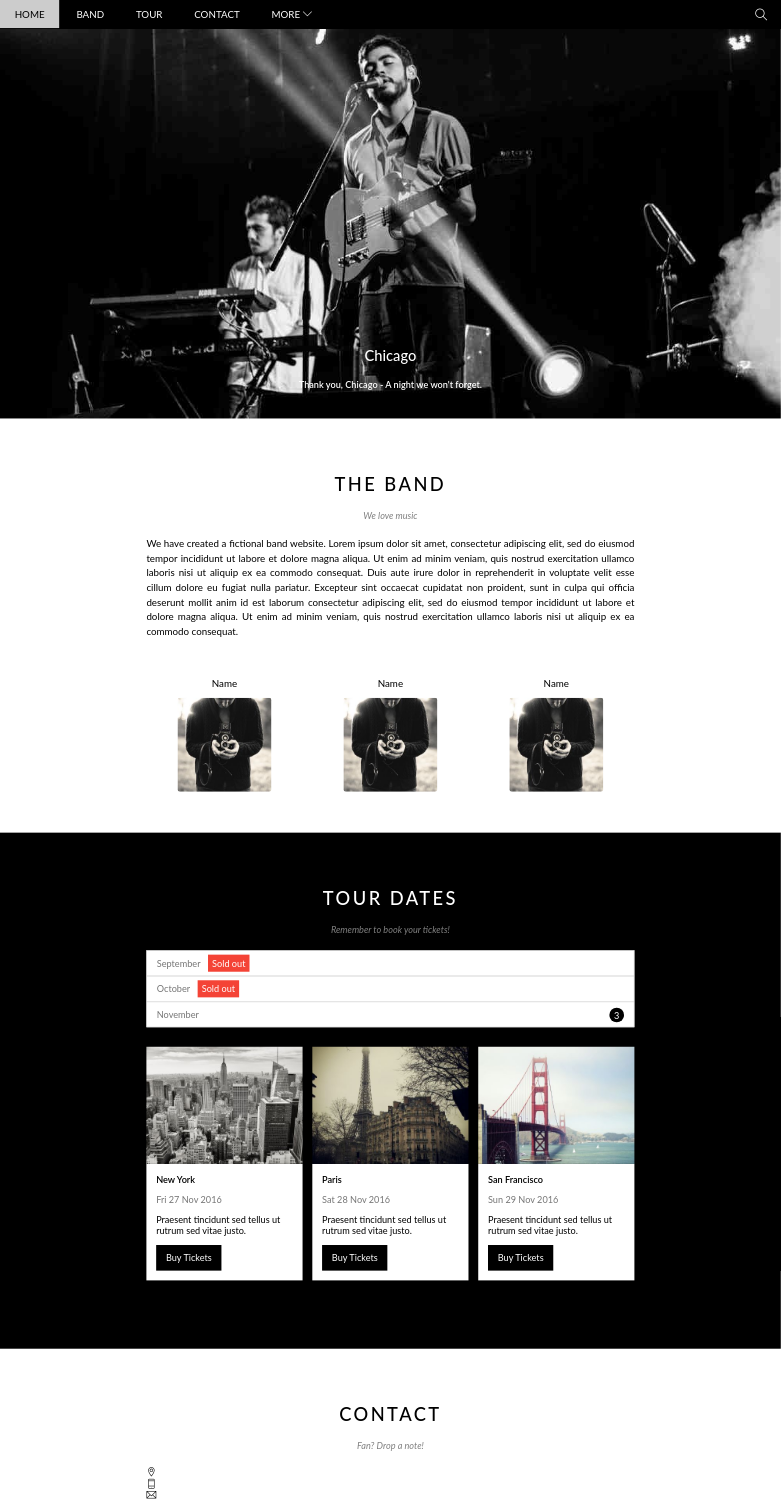
Repository: tatvanhco/web-dau-tay
Page: index.html
An editor plug-in stored every save of this project. The page is shown before and after the next save, followed by the edit.
The browser window is 1280 px wide. The pictures show the whole page, at 61% of full size.

Above is the page before, as saved 2022-01-23 21:06:18.

### index.html
<!DOCTYPE html>
<html lang="en">
<head>
    <meta charset="UTF-8">
    <!-- <meta http-equiv="X-UA-Compatible" content="IE=edge"> -->
    <meta name="viewport" content="width=device-width, initial-scale=1.0">
    <title>the band</title>
    <link rel="shortcut icon" href="./assets/img/band/logo.png" type="image/x-icon">
    <link rel="stylesheet" href="./assets/fronts/themify-icons/themify-icons.css">
    <link rel="stylesheet" href="./assets/css/style.css">
    <link rel="stylesheet" href="./assets/css/responsive.css">
</head>
<body>
    <div id="main">
        <div id="header">
            <ul id="nav">
                <li><a href="#">home</a></li>
                <li><a href="#">band</a></li>
                <li><a href="#">tour</a></li>
                <li><a href="#">contact</a></li>
                <li>
                    <a href="#">more
                        <i class="drop-down ti-angle-down"></i>
                    </a>
                    <div class="subnav">
                        <ul>
                            <li><a href="">Merchandise</a></li>
                            <li><a href="">Extras</a></li>
                            <li><a href="">Media</a></li>
                        </ul>
                    </div>
                </li>
            </ul>
            <div class="search-btn">
                <i class="search-icon ti-search"></i>
            </div>
        </div>
        <div id="slide">
            <div class="text-content">
                <h2 class="text-heading">Chicago</h2>
                <div class="text-desc">Thank you, Chicago - A night we won't forget.</div>
            </div>
        </div>
        <div id="content">
            <div class="content-section">
                <h2 class="section-heading">THE BAND</h2>
                <p class="section-sub-heading">We love music</p>
                <p class="about">
                    We have created a fictional band website. Lorem ipsum dolor sit amet, consectetur adipiscing elit, sed do eiusmod tempor incididunt ut labore et dolore magna aliqua. Ut enim ad minim veniam, quis nostrud exercitation ullamco laboris nisi ut aliquip ex ea commodo consequat. Duis aute irure dolor in reprehenderit in voluptate velit esse cillum dolore eu fugiat nulla pariatur. Excepteur sint occaecat cupidatat non proident, sunt in culpa qui officia deserunt mollit anim id est laborum consectetur adipiscing elit, sed do eiusmod tempor incididunt ut labore et dolore magna aliqua. Ut enim ad minim veniam, quis nostrud exercitation ullamco laboris nisi ut aliquip ex ea commodo consequat.
                </p>
                <div class="row team">
                    <div class="col col-3 text-center">
                        <p class="team-name">Name</p>
                        <img src="./assets/img/band/member.jpg" class="team-img">
                    </div>

                    <div class="col col-3 text-center">
                        <p class="team-name">Name</p>
                        <img src="./assets/img/band/member.jpg" class="team-img">
                    </div>

                    <div class="col col-3 text-center">
                        <p class="team-name">Name</p>
                        <img src="./assets/img/band/member.jpg" class="team-img">
                    </div>
                </div>
                <div class="clear"></div>
            </div>

            <div class="tour-section">
                <div class="content-section">
                    <h2 class="text-white section-heading">TOUR DATES</h2>
                    <p class="text-white section-sub-heading">Remember to book your tickets!</p>
                    <ul class="ticket-list">
                        <li>September<span class="soldout">Sold out</span></li>
                        <li>October<span class="soldout">Sold out</span></li>
                        <li>November<span class="quatity">3</span></li>
                    </ul>
                    <div class="row place-list">
                        <div class="col col-3">
                            <img src="./assets/img/places/place1.jpg" class="place-img">
                            <div class="place-body">
                                <h3 class="place-heading">New York</h3>
                                <p class="place-time">Fri 27 Nov 2016</p>
                                <p class="place-desc">Praesent tincidunt sed tellus ut rutrum sed vitae justo.</p>
                                <a href="#" class="place-buy-btn">Buy Tickets</a>
                            </div>
                        </div>
                        <div class="col col-3">
                            <img src="./assets/img/places/place2.jpg" class="place-img">
                            <div class="place-body">
                                <h3 class="place-heading">Paris</h3>
                                <p class="place-time">Sat 28 Nov 2016</p>
                                <p class="place-desc">Praesent tincidunt sed tellus ut rutrum sed vitae justo.</p>
                                <a href="#" class="place-buy-btn">Buy Tickets</a>
                            </div>
                        </div>
                        <div class="col col-3">
                            <img src="./assets/img/places/place3.jpg" class="place-img">
                            <div class="place-body">
                                <h3 class="place-heading">San Francisco</h3>
                                <p class="place-time">Sun 29 Nov 2016</p>
                                <p class="place-desc">Praesent tincidunt sed tellus ut rutrum sed vitae justo.</p>
                                <a href="#" class="place-buy-btn">Buy Tickets</a>
                            </div>
                        </div>
                        <div class="clear"></div>
                    </div>
                </div>
            </div>

            <div class="content-section">
                <h2 class="section-heading">CONTACT</h2>
                <p class="section-sub-heading">Fan? Drop a note!</p>
                <div class="row">
                    <div class="col col-2">
                        <p><i class="ti-location-pin"></i></p>
                        <p><i class="ti-mobile"></i></p>
                        <p><i class="ti-email"></i></p>
                    </div>
                    <div class="col col-2">

                    </div>
                </div>
            </div>

        </div>

        <div id="footer">

        </div>
    </div>
</body>
</html>

### assets/css/style.css
/* reset trang */
* {
    margin: 0;
    padding: 0;
    box-sizing: border-box;
}

body {
    font-family: "Lato", sans-serif;
}
/* dùng chung */
.clear {
    clear: both;
}

.text-white {
    color: #fff !important;
}

.text-center {
    text-align: center;
}

.row {
    margin-left: -8px;
    margin-right: -8px;
}

.col {
    float: left;
    padding-left: 8px;
    padding-right: 8px;
}

.col-3 {
    width: 33.33333%;
}

.col-2 {
    width: 50%;
}
/* css từng thành phần */
#header {
    width: 100%;
    height: 46px;
    background-color: #000;
    position: fixed;
    top: 0;
    left: 0;
    right: 0;
    z-index: 1;
}
#nav {
    display: inline-block;
}

#nav > li {
    display: inline-block;
}

#nav li {
    position: relative;
    list-style-type: none;
}

#nav > li > a {
    color: #fff;
    text-transform: uppercase;
}

#nav li a {
    text-decoration: none;
    padding: 0 24px;
    line-height: 46px;
    display: block;

}

#nav li:hover .subnav {
    display: block;
}

#nav .subnav li:hover a,
#nav > li:hover > a {
    background-color: #ccc;
    color: #000;
}

#nav .subnav {
    display: none;
    min-width: 160px;
    position: absolute;
    top: 100%;
    left: 0;
    background-color: #fff;
    box-shadow: 0 0 10px rgba(0, 0, 0, 0.3);
}

#nav .subnav a {
    color: #000;
    padding: 0px 24px;
    line-height: 38px;
}

#header .search-btn {
    float: right;
    padding: 0 22px;
    cursor: pointer;
}

#header .search-btn:hover {
    background-color: #f44336;
}

#header .search-icon {
    color: #fff;
    font-size: 20px;
    line-height: 46px;
}

#slide {
    position: relative;
    margin-top: 46px;
    padding-top: 50%;
    background: url(/assets/img/slider/chicago.jpg) top center / cover no-repeat;
}

#slide .text-content {
    color: #fff;
    position: absolute;
    bottom: 47px;
    /* cách canh giữa
    left: 50%;
    transform: translateX(-50%); */
    width: 100%;
    text-align: center;
}

#slide .text-heading {
    font-weight: 500;
    font-size: 24px;
}

#slide .text-desc {
    font-weight: 600;
    margin-top: 25px;
    font-size: 15px;
}

#content {

}

#content .content-section {
    max-width: 800px;
    margin-left: auto;
    margin-right: auto;
    padding: 64px 0;
}

#content .section-heading,
#content .section-sub-heading {
    text-align: center;
    margin: 25px 0;
}

#content .section-heading {
    font-size: 30px;
    font-weight: 500;
    letter-spacing: 4px;
}

#content .section-sub-heading {
    font-size: 15px;
    opacity: 0.5;
    font-style: italic;
}

#content .about {
    text-align: justify;
    line-height: 1.5;
}

#content .team {
    margin-top: 48px;
}

#content .team-name {
    margin: 15px 0;
}

#content .team-img {
    width: 60%;
    border-radius: 4px;
    text-align: center;
}

.tour-section {
    background-color: #000;
}

.ticket-list {
    background-color: #fff;
}

.ticket-list li {
    color: #757575;
    list-style-type: none;
    font-size: 15px;
    border: 1px solid #ddd;
    padding: 11px 16px;
}

.ticket-list .soldout {
    color: #fff;
    margin-left: 12px;
    padding: 5px 7px;
    background-color: #f44336;
}

.ticket-list .quatity {
    float: right;
    width: 24px;
    height: 24px;
    border-radius: 50%;
    background-color: #000;
    color: #fff;
    text-align: center;
    line-height: 24px;
    margin-top: -2px;
}

.place-list {
    /* margin: 32px 48px; */
    margin-top: 32px;
    margin-bottom: 48px;
}

.place-img {
    width: 100%;
    display: block;
}

.place-img:hover {
    opacity: 0.6;
}

.place-body {
    background-color: #fff;
    padding: 16px;
    font-size: 15px;
}

.place-heading {
    font-size: 15px;
    font-weight: 600;
}

.place-time {
    color: #757575;
    margin-top: 15px;
}

.place-desc {
    margin-top: 15px;
}

.place-buy-btn {
    color: #fff;
    background-color: #000;
    text-decoration: none;
    padding: 12px 16px;
    margin-top: 15px;
    display: inline-block;
}

.place-buy-btn:hover {
    color: #000;
    background-color: #ccc;
}

Loaded but not shown: assets/fronts/themify-icons/themify-icons.css (common file); assets/css/responsive.css (no copy from this time; the picture is the same without it)

After the next save:
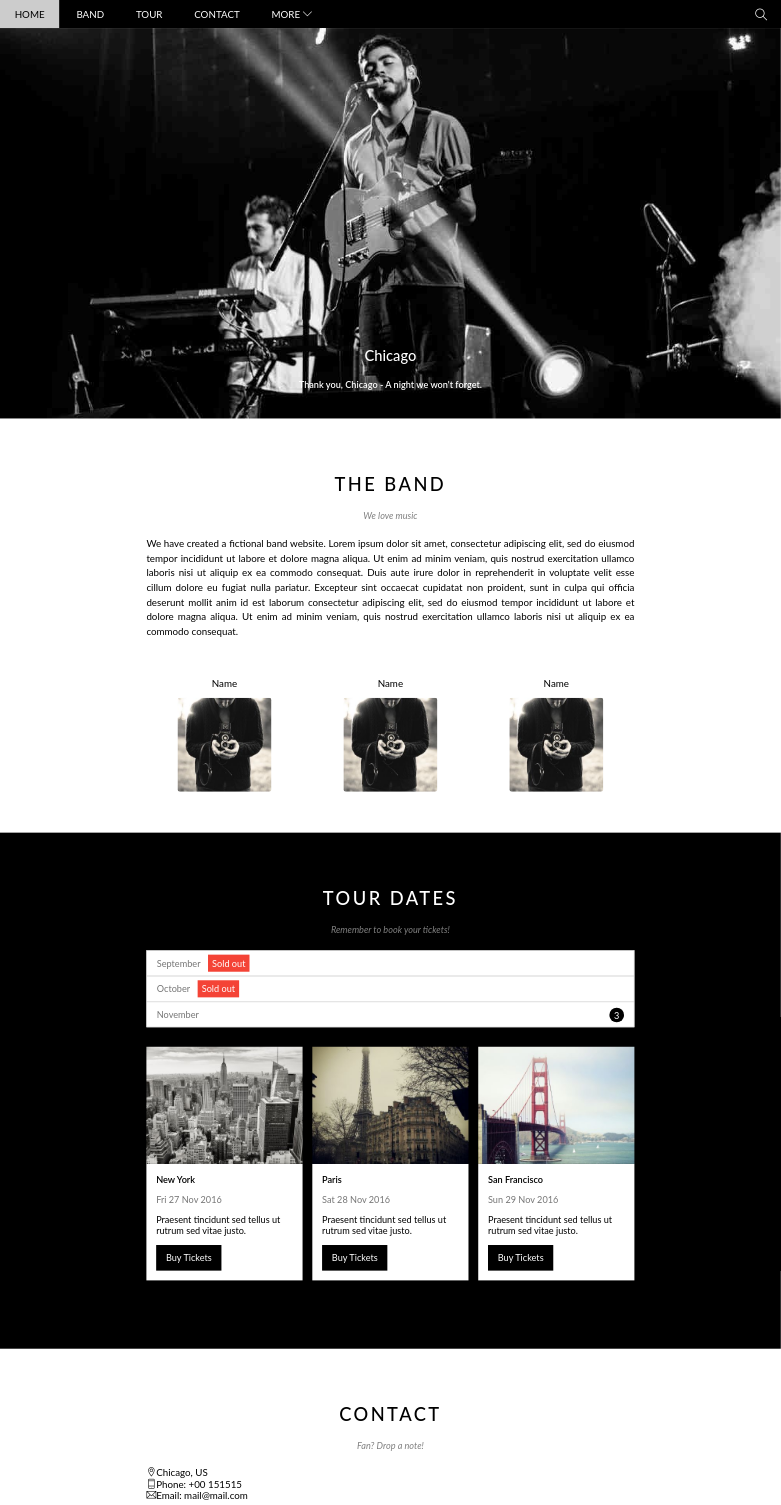
Saved 71 s later.
--- a/index.html
+++ b/index.html
@@ -114,9 +114,9 @@
                 <p class="section-sub-heading">Fan? Drop a note!</p>
                 <div class="row">
                     <div class="col col-2">
-                        <p><i class="ti-location-pin"></i></p>
-                        <p><i class="ti-mobile"></i></p>
-                        <p><i class="ti-email"></i></p>
+                        <p><i class="ti-location-pin"></i>Chicago, US</p>
+                        <p><i class="ti-mobile"></i>Phone: +00 151515</p>
+                        <p><i class="ti-email"></i>Email: mail@mail.com</p>
                     </div>
                     <div class="col col-2">
 
